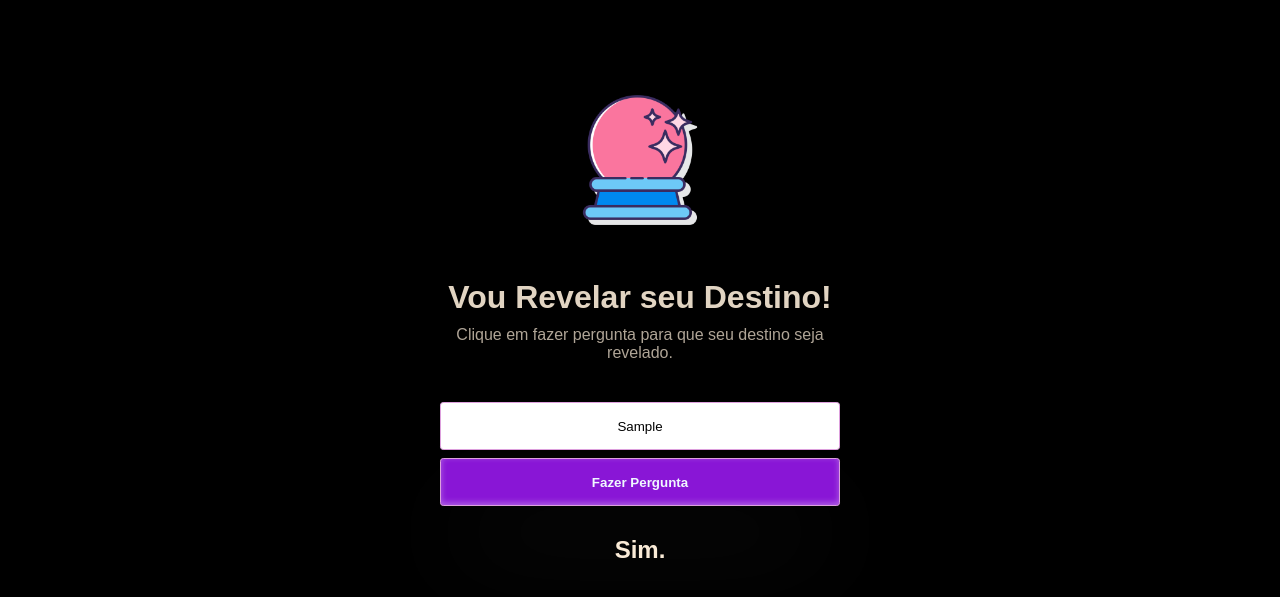
Repository: guilhermecardoso93/nlwexplorer
Page: index.html
The author's editor kept a copy of each file at every save. The page is drawn from the files as they stood at one save, then again after the next save.
The browser window is 1280 px wide. The pictures show the whole page.
Empty fields were first filled with sample values (such as "Sample", 5 or name@example.com).
After loading, the first visible `#buttonQ` was clicked once.

Above is the page before, as saved 2022-06-11 19:03:20.

After the next save:
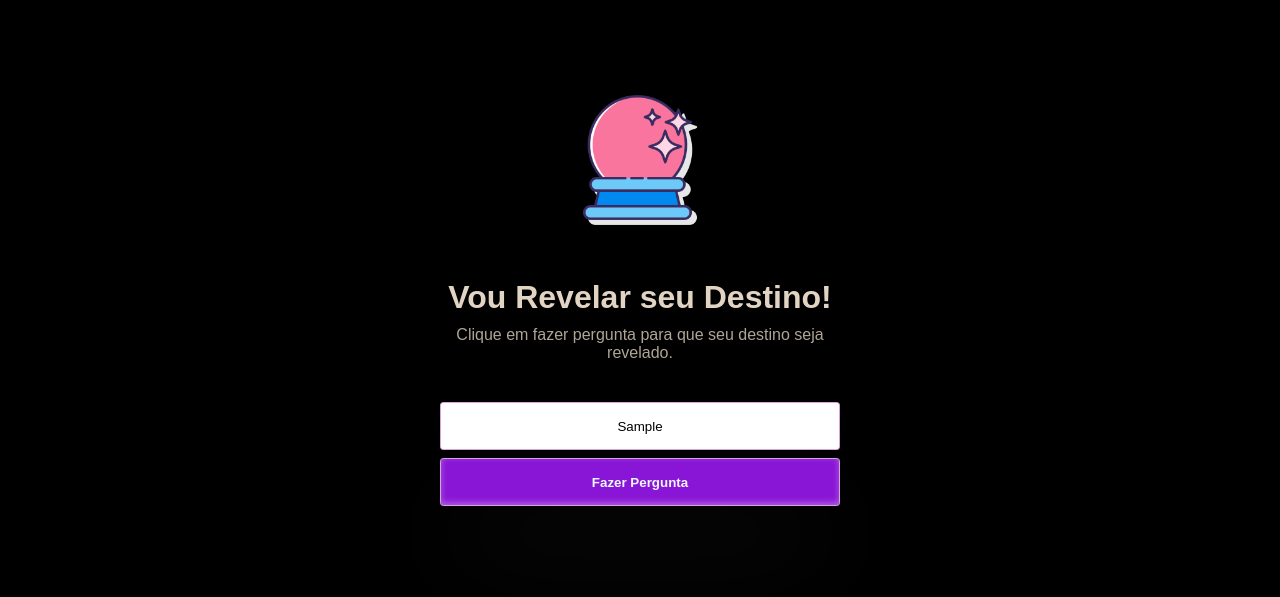
Saved 15 min 46 s later.
--- a/script.js
+++ b/script.js
@@ -31,7 +31,12 @@
   }
 
   const pergunta = `<div> ${perguntaDigitada.value}</div>`
-  const totalRespostas = respostas.length;
+    const totalRespostas = respostas.length;
   const numeroAleatorio = Math.floor(Math.random() * totalRespostas);
   respostaCampo.innerHTML = respostas[numeroAleatorio];
+
+  setTimeout(function(){
+    respostaCampo.style.opacity = 0;
+  }, 300)
+
 }

After the save that followed:
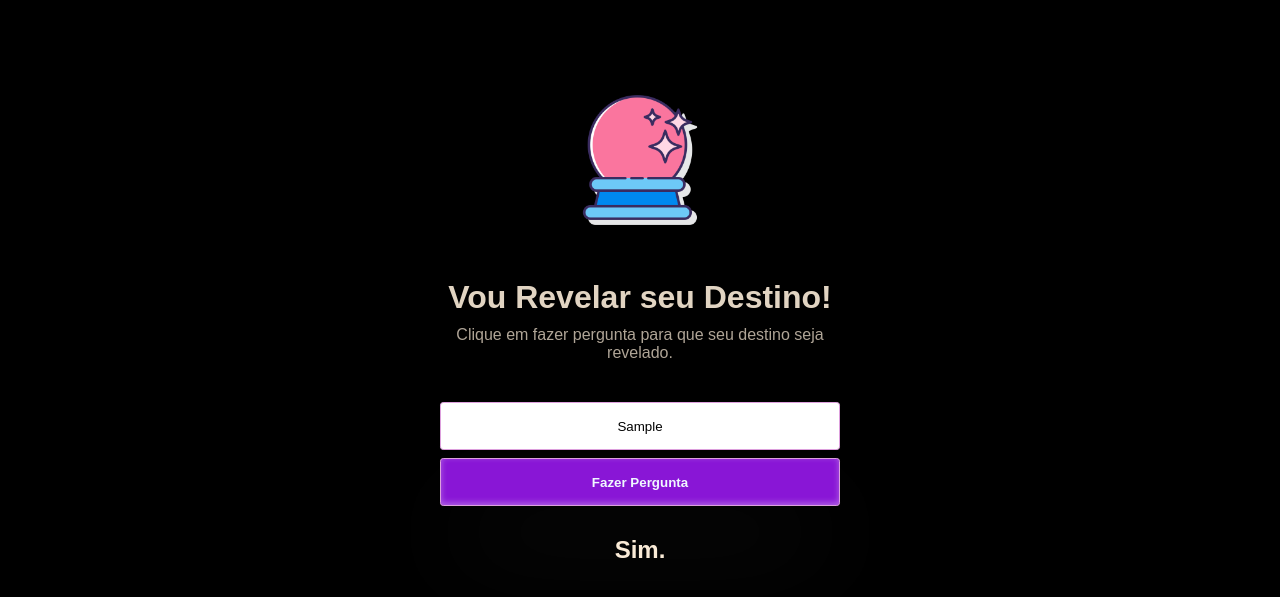
Saved 26 s later.
--- a/script.js
+++ b/script.js
@@ -37,6 +37,6 @@
 
   setTimeout(function(){
     respostaCampo.style.opacity = 0;
-  }, 300)
+  }, 3000)
 
 }
